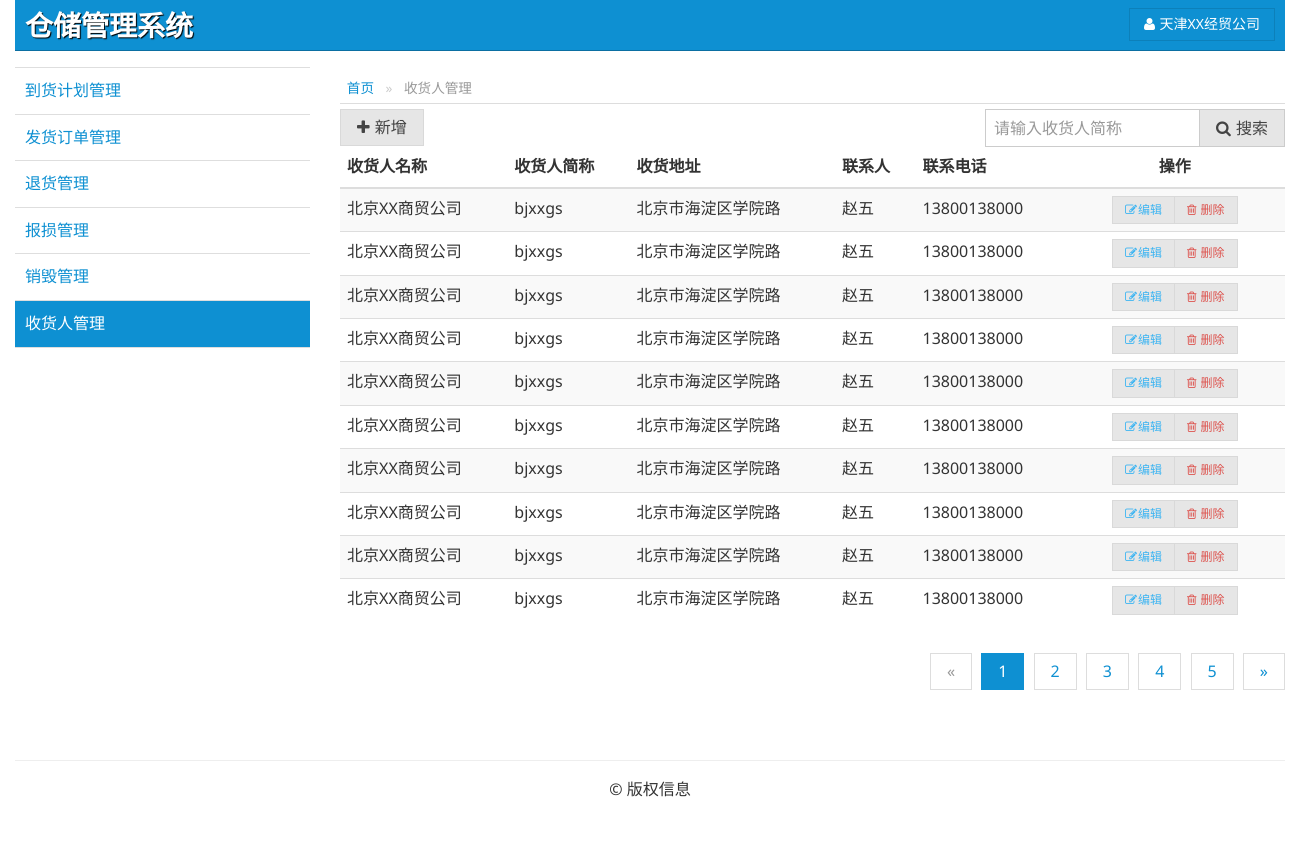
Repository: liuyouth/66
Page: http://localhost/syhz-web/WEB-INF/pages/recipient/list.jsp
The author's editor kept a copy of each file at every save. The page is drawn from the files as they stood at one save, then again after the next save.
The browser window is 1280 px wide. The page is 1300 px wide, so the pictures cover 1300 px, including what lies to the right of the window. The pictures show the whole page.
The page is served by Tomcat 9. Nobody is signed in. Other server files are loaded and not shown. The template is opened directly, without the code that normally fills it, so the values that code supplies are empty.

Above is the page before, as saved 2016-07-04 06:10:05.

### syhz-web/WebContent/WEB-INF/pages/recipient/list.jsp
<%@ page language="java" contentType="text/html; charset=UTF-8" pageEncoding="UTF-8"%>

<%@ include file="/WEB-INF/pages/inc/common.jspf"%>

</head>
<body class="am-container wm-container">

	<!-- header start -->
	<%@ include file="/WEB-INF/pages/inc/header.jsp"%>
	<!-- header end -->

	<div class="am-g">

		<!-- nav start -->
		<%@ include file="/WEB-INF/pages/inc/nav.jsp"%>
		<!-- nav end -->

		<div class="am-u-sm-9">
			<ol class="am-breadcrumb wm-breadcrumb">
				<li><a href="${basePath}/index/view">首页</a></li>
				<li class="am-active">收货人管理</li>
			</ol>
			<hr class="wm-hr">
			<!-- context start -->
			<!-- tool bar start -->
			<div class="am-g">
				<div class="am-u-sm-12">
					<div class="am-btn-group">
						<button type="button" title="新增收货人" class="am-btn am-btn-default" onclick="window.location.href='${basePath}/recipient/add/view'">
							<span class="am-icon-plus"></span> 新增
						</button>
					</div>
					<!-- search start -->
					<div style="float: right;width: 300px;">
						<div class="am-input-group">
							<input type="text" class="am-form-field" placeholder="请输入收货人简称">
							<span class="am-input-group-btn">
								<button type="button" class="am-btn am-btn-default" style="margin-left: -1px">
									<i class="am-icon-search"></i> 搜索
								</button>
							</span>
						</div>
					</div>
					<!-- search end -->
				</div>
			</div>
			<!-- tool bar end -->
			<!-- table start -->
			<table id="showListTable" class="am-table am-table-striped am-table-hover table-main" >
				<thead>
					<tr>
						<th>收货人名称</th>
						<th>收货人简称</th>
						<th>收货地址</th>
						<th>联系人</th>
						<th>联系电话</th>
						<th style="text-align: center;">操作</th>
					</tr>
				</thead>
				<tbody>
					<tr>
						<td>北京XX商贸公司</td>
						<td>bjxxgs</td>
						<td>北京市海淀区学院路</td>
						<td>赵五</td>
						<td>13800138000</td>
						<td>
							<div class="am-u-sm-12" style="text-align: center;">
								<div class="am-btn-group am-btn-group-xs">
									<button title="编辑收货人" class="am-btn am-btn-default am-btn-xs am-text-secondary" onclick="window.location.href='${basePath}/recipient/edit/view'">
										<span class="am-icon-pencil-square-o"></span>编辑
									</button>
									<button title="删除收货人" class="am-btn am-btn-default am-btn-xs am-text-danger">
										<span class="am-icon-trash-o"></span> 删除
									</button>
								</div>
							</div>
						</td>
					</tr>
					<tr>
						<td>北京XX商贸公司</td>
						<td>bjxxgs</td>
						<td>北京市海淀区学院路</td>
						<td>赵五</td>
						<td>13800138000</td>
						<td>
							<div class="am-u-sm-12" style="text-align: center;">
								<div class="am-btn-group am-btn-group-xs">
									<button title="编辑收货人" class="am-btn am-btn-default am-btn-xs am-text-secondary" onclick="window.location.href='${basePath}/recipient/edit/view'">
										<span class="am-icon-pencil-square-o"></span>编辑
									</button>
									<button title="删除收货人" class="am-btn am-btn-default am-btn-xs am-text-danger">
										<span class="am-icon-trash-o"></span> 删除
									</button>
								</div>
							</div>
						</td>
					</tr>
					<tr>
						<td>北京XX商贸公司</td>
						<td>bjxxgs</td>
						<td>北京市海淀区学院路</td>
						<td>赵五</td>
						<td>13800138000</td>
						<td>
							<div class="am-u-sm-12" style="text-align: center;">
								<div class="am-btn-group am-btn-group-xs">
									<button title="编辑收货人" class="am-btn am-btn-default am-btn-xs am-text-secondary" onclick="window.location.href='${basePath}/recipient/edit/view'">
										<span class="am-icon-pencil-square-o"></span>编辑
									</button>
									<button title="删除收货人" class="am-btn am-btn-default am-btn-xs am-text-danger">
										<span class="am-icon-trash-o"></span> 删除
									</button>
								</div>
							</div>
						</td>
					</tr>
					<tr>
						<td>北京XX商贸公司</td>
						<td>bjxxgs</td>
						<td>北京市海淀区学院路</td>
						<td>赵五</td>
						<td>13800138000</td>
						<td>
							<div class="am-u-sm-12" style="text-align: center;">
								<div class="am-btn-group am-btn-group-xs">
									<button title="编辑收货人" class="am-btn am-btn-default am-btn-xs am-text-secondary" onclick="window.location.href='${basePath}/recipient/edit/view'">
										<span class="am-icon-pencil-square-o"></span>编辑
									</button>
									<button title="删除收货人" class="am-btn am-btn-default am-btn-xs am-text-danger">
										<span class="am-icon-trash-o"></span> 删除
									</button>
								</div>
							</div>
						</td>
					</tr>
					<tr>
						<td>北京XX商贸公司</td>
						<td>bjxxgs</td>
						<td>北京市海淀区学院路</td>
						<td>赵五</td>
						<td>13800138000</td>
						<td>
							<div class="am-u-sm-12" style="text-align: center;">
								<div class="am-btn-group am-btn-group-xs">
									<button title="编辑收货人" class="am-btn am-btn-default am-btn-xs am-text-secondary" onclick="window.location.href='${basePath}/recipient/edit/view'">
										<span class="am-icon-pencil-square-o"></span>编辑
									</button>
									<button title="删除收货人" class="am-btn am-btn-default am-btn-xs am-text-danger">
										<span class="am-icon-trash-o"></span> 删除
									</button>
								</div>
							</div>
						</td>
					</tr>
					<tr>
						<td>北京XX商贸公司</td>
						<td>bjxxgs</td>
						<td>北京市海淀区学院路</td>
						<td>赵五</td>
						<td>13800138000</td>
						<td>
							<div class="am-u-sm-12" style="text-align: center;">
								<div class="am-btn-group am-btn-group-xs">
									<button title="编辑收货人" class="am-btn am-btn-default am-btn-xs am-text-secondary" onclick="window.location.href='${basePath}/recipient/edit/view'">
										<span class="am-icon-pencil-square-o"></span>编辑
									</button>
									<button title="删除收货人" class="am-btn am-btn-default am-btn-xs am-text-danger">
										<span class="am-icon-trash-o"></span> 删除
									</button>
								</div>
							</div>
						</td>
					</tr>
					<tr>
						<td>北京XX商贸公司</td>
						<td>bjxxgs</td>
						<td>北京市海淀区学院路</td>
						<td>赵五</td>
						<td>13800138000</td>
						<td>
							<div class="am-u-sm-12" style="text-align: center;">
								<div class="am-btn-group am-btn-group-xs">
									<button title="编辑收货人" class="am-btn am-btn-default am-btn-xs am-text-secondary" onclick="window.location.href='${basePath}/recipient/edit/view'">
										<span class="am-icon-pencil-square-o"></span>编辑
									</button>
									<button title="删除收货人" class="am-btn am-btn-default am-btn-xs am-text-danger">
										<span class="am-icon-trash-o"></span> 删除
									</button>
								</div>
							</div>
						</td>
					</tr>
					<tr>
						<td>北京XX商贸公司</td>
						<td>bjxxgs</td>
						<td>北京市海淀区学院路</td>
						<td>赵五</td>
						<td>13800138000</td>
						<td>
							<div class="am-u-sm-12" style="text-align: center;">
								<div class="am-btn-group am-btn-group-xs">
									<button title="编辑收货人" class="am-btn am-btn-default am-btn-xs am-text-secondary" onclick="window.location.href='${basePath}/recipient/edit/view'">
										<span class="am-icon-pencil-square-o"></span>编辑
									</button>
									<button title="删除收货人" class="am-btn am-btn-default am-btn-xs am-text-danger">
										<span class="am-icon-trash-o"></span> 删除
									</button>
								</div>
							</div>
						</td>
					</tr>
					<tr>
						<td>北京XX商贸公司</td>
						<td>bjxxgs</td>
						<td>北京市海淀区学院路</td>
						<td>赵五</td>
						<td>13800138000</td>
						<td>
							<div class="am-u-sm-12" style="text-align: center;">
								<div class="am-btn-group am-btn-group-xs">
									<button title="编辑收货人" class="am-btn am-btn-default am-btn-xs am-text-secondary" onclick="window.location.href='${basePath}/recipient/edit/view'">
										<span class="am-icon-pencil-square-o"></span>编辑
									</button>
									<button title="删除收货人" class="am-btn am-btn-default am-btn-xs am-text-danger">
										<span class="am-icon-trash-o"></span> 删除
									</button>
								</div>
							</div>
						</td>
					</tr>
					<tr>
						<td>北京XX商贸公司</td>
						<td>bjxxgs</td>
						<td>北京市海淀区学院路</td>
						<td>赵五</td>
						<td>13800138000</td>
						<td>
							<div class="am-u-sm-12" style="text-align: center;">
								<div class="am-btn-group am-btn-group-xs">
									<button title="编辑收货人" class="am-btn am-btn-default am-btn-xs am-text-secondary" onclick="window.location.href='${basePath}/recipient/edit/view'">
										<span class="am-icon-pencil-square-o"></span>编辑
									</button>
									<button title="删除收货人" class="am-btn am-btn-default am-btn-xs am-text-danger">
										<span class="am-icon-trash-o"></span> 删除
									</button>
								</div>
							</div>
						</td>
					</tr>
				</tbody>
			</table>
			<!-- 分页开始 -->
			<div class="am-text-center" style="float: right;">
				<ul class="am-pagination">
					<li class="am-disabled"><a href="#">«</a></li>
					<li class="am-active"><a href="#">1</a></li>
					<li><a href="#">2</a></li>
					<li><a href="#">3</a></li>
					<li><a href="#">4</a></li>
					<li><a href="#">5</a></li>
					<li><a href="#">»</a></li>
				</ul>
			</div>
			<!-- 分页结束 -->
			<!-- table end -->
			<!-- context end -->
		</div>
	</div>

	<!-- modal start -->
	<%@ include file="/WEB-INF/pages/inc/modal.jsp"%>
	<!-- modal end -->

	<!-- footer start -->
	<%@ include file="/WEB-INF/pages/inc/footer.jsp"%>
	<!-- footer end -->

	<script type="text/javascript" src="${basePath }/js/app/recipient/list.js"></script>
</body>
</html>

### syhz-web/WebContent/WEB-INF/pages/inc/common.jspf
<%@ page language="java" pageEncoding="utf-8"%>
<%
	String basePath = request.getContextPath();
	request.setAttribute("basePath", basePath);
%>
<!DOCTYPE html>
<html class="no-js">
<head>
	<meta charset="utf-8">
	<meta http-equiv="X-UA-Compatible" content="IE=edge">
	<meta name="description" content="">
	<meta name="keywords" content="">
	<!--<meta name="viewport" content="width=device-width, initial-scale=1.0, minimum-scale=1.0, maximum-scale=1.0, user-scalable=no">-->
	<title>仓储管理系统</title>
	<!-- Set render engine for 360 browser -->
	<meta name="renderer" content="webkit">
	<!-- No Baidu Siteapp-->
	<meta http-equiv="Cache-Control" content="no-siteapp"/>

	<link rel="stylesheet" href="${basePath }/js/lib/amaze/css/amazeui.min.css">
	<link rel="stylesheet" href="${basePath }/js/lib/amaze/css/app.css">

	<!-- datatables-master -->
	<link rel="stylesheet" href="${basePath }/js/lib/datatables-master/amazeui.datatables.min.css">

	<link rel="stylesheet" href="${basePath }/css/common.css">

	<script type="text/javascript" src="${basePath }/js/lib/jquery/jquery-1.10.0.js"></script>

	<!--[if (gte IE 9)|!(IE)]><!-->
	<script type="text/javascript" src="${basePath }/js/lib/amaze/js/jquery.min.js"></script>
	<!--<![endif]-->
	<!--[if lte IE 8 ]>
	<script type="text/javascript" src="http://cdn.staticfile.org/modernizr/2.8.3/modernizr.js"></script>
	<script type="text/javascript" src="${basePath }/js/lib/amaze/js/amazeui.ie8polyfill.min.js"></script>
	<![endif]-->
	<script type="text/javascript" src="${basePath }/js/lib/amaze/js/amazeui.min.js"></script>

	<!-- My97DatePicker -->
	<script type="text/javascript" src="${basePath }/js/lib/My97DatePicker/WdatePicker.js"></script>

	<!-- datatables-master -->
	<script type="text/javascript" src="${basePath }/js/lib/datatables-master/amazeui.datatables.min.js"></script>

	<!-- jquery form -->
	<script type="text/javascript" src="${basePath }/js/lib/jquery/jquery.form.js"></script>

	<!-- Validform -->
	<script type="text/javascript" src="${basePath }/js/lib/Validform/Validform_v5.3.2.js"></script>
	<script type="text/javascript" src="${basePath }/js/lib/Validform/Validform_Datatype.js"></script>

	<script>
	$.ajaxSetup ({
		cache: false //close AJAX cache
	});
	var basePath = "${basePath}";
	</script>

### syhz-web/WebContent/WEB-INF/pages/inc/header.jsp
<%@ page language="java" contentType="text/html; charset=UTF-8" pageEncoding="UTF-8"%>

<header id="hearderAnchor" class="am-topbar am-topbar-inverse">
	<h1 class="am-topbar-brand" style="color: #fff;">
		<strong style="cursor: pointer;font-size: 28px;text-shadow: 1px 1px 1px #000;">仓储管理系统</strong>
	</h1>
	<div class="am-fr" style="margin-right: 10px;">
		<div class="am-btn-group">
			<div class="am-dropdown" data-am-dropdown>
				<button class="am-btn am-btn-primary am-topbar-btn am-btn-sm am-dropdown-toggle" data-am-dropdown-toggle>
					<span class="am-icon-user"></span> 天津XX经贸公司
				</button>
				<ul class="am-dropdown-content">
					<li>
						<a href="javascript:showEditPasswordModal();">修改密码</a>
					</li>
					<li class="am-divider"></li>
					<li>
						<a href="${basePath}/login/view" >
							<span class="am-icon-power-off"></span> 退出
						</a>
					</li>
				</ul>
			</div>
		</div>
	</div>
</header>

<!-- edit password modal start -->
<div class="am-modal am-modal-prompt" tabindex="-1" id="headerEditPasswordModal">
	<div class="am-modal-dialog">
		<div class="am-modal-hd">修改密码</div>
		<div class="am-modal-bd wm-modal-bd">
			<form id="headerEditPasswordForm" class="am-form am-form-horizontal">
				<div class="am-form-group">
					<label class="am-u-sm-3 am-form-label">
						旧密码<span class="am-text-danger">&nbsp;*</span>
					</label>
					<div class="am-u-sm-9">
						<input type="text" placeholder="请输入旧密码">
					</div>
				</div>
				<div class="am-form-group">
					<label class="am-u-sm-3 am-form-label">
						新密码<span class="am-text-danger">&nbsp;*</span>
					</label>
					<div class="am-u-sm-9">
						<input type="text" placeholder="请输入新密码">
					</div>
				</div>
				<div class="am-form-group">
					<label class="am-u-sm-3 am-form-label">
						密码确认<span class="am-text-danger">&nbsp;*</span>
					</label>
					<div class="am-u-sm-9">
						<input type="text" placeholder="请再次输入新密码">
					</div>
				</div>
			</form>
		</div>
		<div class="am-modal-footer">
			<span class="am-modal-btn wm-modal-cancel-btn" data-am-modal-cancel>取消</span>
			<span class="wm-modal-btn" onclick="javascript:void(0);">确定</span>
		</div>
	</div>
</div>
<!-- edit password modal end -->

<script type="text/javascript" src="${basePath }/js/app/inc/header.js"></script>

### syhz-web/WebContent/WEB-INF/pages/inc/nav.jsp
<%@ page language="java" contentType="text/html; charset=UTF-8" pageEncoding="UTF-8"%>

<div class="am-u-sm-3">
	<ul class="am-list admin-sidebar-list" id="wm-nav">

		<li id="nav-1">
			<a href="javascript:void(0);" onclick="javascript:jumpTo('arrival_plan/list');">
				<span class="am-margin-left-sm">到货计划管理</span>
			</a>
		</li>

		<li id="nav-2">
			<a href="javascript:void(0);" onclick="javascript:jumpTo('deliver_order/list');">
				<span class="am-margin-left-sm">发货订单管理</span>
			</a>
		</li>

		<li id="nav-3">
			<a href="javascript:void(0);" onclick="javascript:jumpTo('return_goods/list');">
				<span class="am-margin-left-sm">退货管理</span>
			</a>
		</li>

		<li id="nav-4">
			<a href="javascript:void(0);" onclick="javascript:jumpTo('damage/list');">
				<span class="am-margin-left-sm">报损管理</span>
			</a>
		</li>

		<li id="nav-5">
			<a href="javascript:void(0);" onclick="javascript:jumpTo('destroy/list');">
				<span class="am-margin-left-sm">销毁管理</span>
			</a>
		</li>

		<li id="nav-6">
			<a href="javascript:void(0);" onclick="javascript:jumpTo('recipient/list');">
				<span class="am-margin-left-sm">收货人管理</span>
			</a>
		</li>

	</ul>
</div>

<script type="text/javascript" src="${basePath }/js/app/inc/nav.js"></script>

### syhz-web/WebContent/WEB-INF/pages/inc/modal.jsp
<%@ page language="java" contentType="text/html; charset=UTF-8" pageEncoding="UTF-8"%>

<div class="am-modal am-modal-alert" tabindex="-1" id="wm-alert">
	<div class="am-modal-dialog">
		<div class="am-modal-hd">
			系统消息
		</div>
		<div class="am-modal-bd">
			<span id="wm-alert-modal-show-msg-span"></span>
		</div>
		<div class="am-modal-footer">
			<span class="am-modal-btn">确定</span>
		</div>
	</div>
</div>

<div class="am-modal am-modal-confirm" tabindex="-1" id="wm-confirm">
	<div class="am-modal-dialog">
		<div class="am-modal-hd">
			系统消息
		</div>
		<div class="am-modal-bd">
			<span id="wm-confirm-modal-show-msg-span"></span>
		</div>
		<div class="am-modal-footer">
			<span class="am-modal-btn wm-modal-cancel-btn" data-am-modal-cancel>取消</span>
			<span class="am-modal-btn" data-am-modal-confirm>确定</span>
		</div>
	</div>
</div>

<div class="am-modal am-modal-loading am-modal-no-btn" tabindex="-1" id="wm-modal-loading">
	<div class="am-modal-dialog">
		<div class="am-modal-hd">处理中，请稍后...</div>
		<div class="am-modal-bd">
			<span class="am-icon-spinner am-icon-spin"></span>
		</div>
	</div>
</div>

<script type="text/javascript" src="${basePath }/js/app/inc/modal.js"></script>

### syhz-web/WebContent/WEB-INF/pages/inc/footer.jsp
<%@ page language="java" contentType="text/html; charset=UTF-8" pageEncoding="UTF-8"%>

<div class="footer" style="height: 100px;margin-top: 50px;">
	<hr>
	<div class="am-g">
		<div class="am-u-sm-6 am-u-sm-centered" style="text-align:center;">
			<p>© 版权信息</p>
		</div>
	</div>
</div>

### syhz-web/WebContent/js/app/recipient/list.js
$(function() {
	// 切换导航状态
	toggleNav(6, 0, 0);

	//searchTableData();
});
function searchTableData(){
	 $ShowListTable = $('#showListTable').DataTable({
       "pageLength": 10,
       "lengthChange": false,
       "pagingType": "full_numbers",
       "searching": false,
       "ordering":  false,
       "processing": true,
       "serverSide": true,
       "ajax": {
           url: "${basePath}/getData",
           type: "POST",
           data:{},

       },
       "columns": [
	            {
	                "data": "a",
	                width:"5%",
	                "render":function ( data, type, row, meta ) {
	                    return '<input type="checkbox" class="ckClassFlg" name="aIdChk" value="'+data+'"/>';
	                }
	            },
           {
               "data": "b",
               "render":function ( data, type, row, meta ) {
               	return '<span>' + data + "</span>";
               }
           },
           {
               "data": "c",
              	"render":function ( data, type, row, meta ) {
              		return '<span >' + data + "</span>";
               }
           },
           {
               "data": "d",
              	"render":function ( data, type, row, meta ) {
              		return '<span>' + data + "</span></td>";
               }
           },
           {
               "data": "e",
              	"render":function ( data, type, row, meta ) {
              		return '<span>' + data + "</span>";
               }
           },
           {
               "data": "f",
              	"render":function ( data, type, row, meta ) {
              		return '<span>' + data + "</span>";
               }
           },
           {
               "data": "g",
              	"render":function ( data, type, row, meta ) {
              		return '<span>' + data + "</span>";
               }
           },
           {
               "data": "h",
              	"render":function ( data, type, row, meta ) {
              		return '<span>' + data + "</span>";
               }
           },
           {
               "data": "i",
              	"render":function ( data, type, row, meta ) {
              		return '<span>' + data + "</span>";
               }
           },
           {
           	"data": "a",
               "width":"12%",
              	"render":function ( data, type, row, meta ) {
              		return '<div class="am-btn-toolbar">'
              		+'<div class="am-btn-group am-btn-group-xs">'
              		+'<button class="am-btn am-btn-default am-btn-xs am-text-secondary" onclick="location.href=\'${basePath}/enterprise/goods_record_edit/view?goodsId='+data+'\'">'
              		+'<span class="am-icon-pencil-square-o"></span></button>'
              		+'<button class="am-btn am-btn-default am-btn-xs am-text-danger am-hide-sm-only" onclick="del('+data+')">'
              		+'<span class="am-icon-trash-o"></span></button>'
              		+'</div></div>';
               }
           }
       ]
   });
}

### syhz-web/WebContent/js/lib/My97DatePicker/skin/WdatePicker.css
.Wdate {
	border: #999 1px solid;
	height: 20px;
	background: #fff url(datePicker.gif) no-repeat right;
}

.wm-Wdate {
	background: #fff url(datePicker.gif) no-repeat right !important;
}

.WdateFmtErr {
	font-weight: bold;
	color: red;
}

Loaded but not shown: syhz-web/WebContent/js/lib/amaze/css/amazeui.min.css (library); syhz-web/WebContent/js/lib/amaze/css/app.css (common file); syhz-web/WebContent/js/lib/datatables-master/amazeui.datatables.min.css (library); syhz-web/WebContent/js/lib/jquery/jquery-1.10.0.js (library); syhz-web/WebContent/js/lib/amaze/js/jquery.min.js (library); syhz-web/WebContent/js/lib/amaze/js/amazeui.min.js (library); syhz-web/WebContent/js/lib/My97DatePicker/WdatePicker.js (library); syhz-web/WebContent/js/lib/datatables-master/amazeui.datatables.min.js (library); syhz-web/WebContent/js/lib/Validform/Validform_v5.3.2.js (library); syhz-web/WebContent/js/lib/Validform/Validform_Datatype.js (library); syhz-web/WebContent/js/app/inc/modal.js (35 lines, source omitted); syhz-web/WebContent/js/app/inc/nav.js (17 lines, source omitted); syhz-web/WebContent/js/app/inc/header.js (4 lines, source omitted); syhz-web/WebContent/css/common.css (305 lines, source omitted); syhz-web/WebContent/js/lib/jquery/jquery.form.js (no copy from this time; the picture is the same without it)

After the next save:
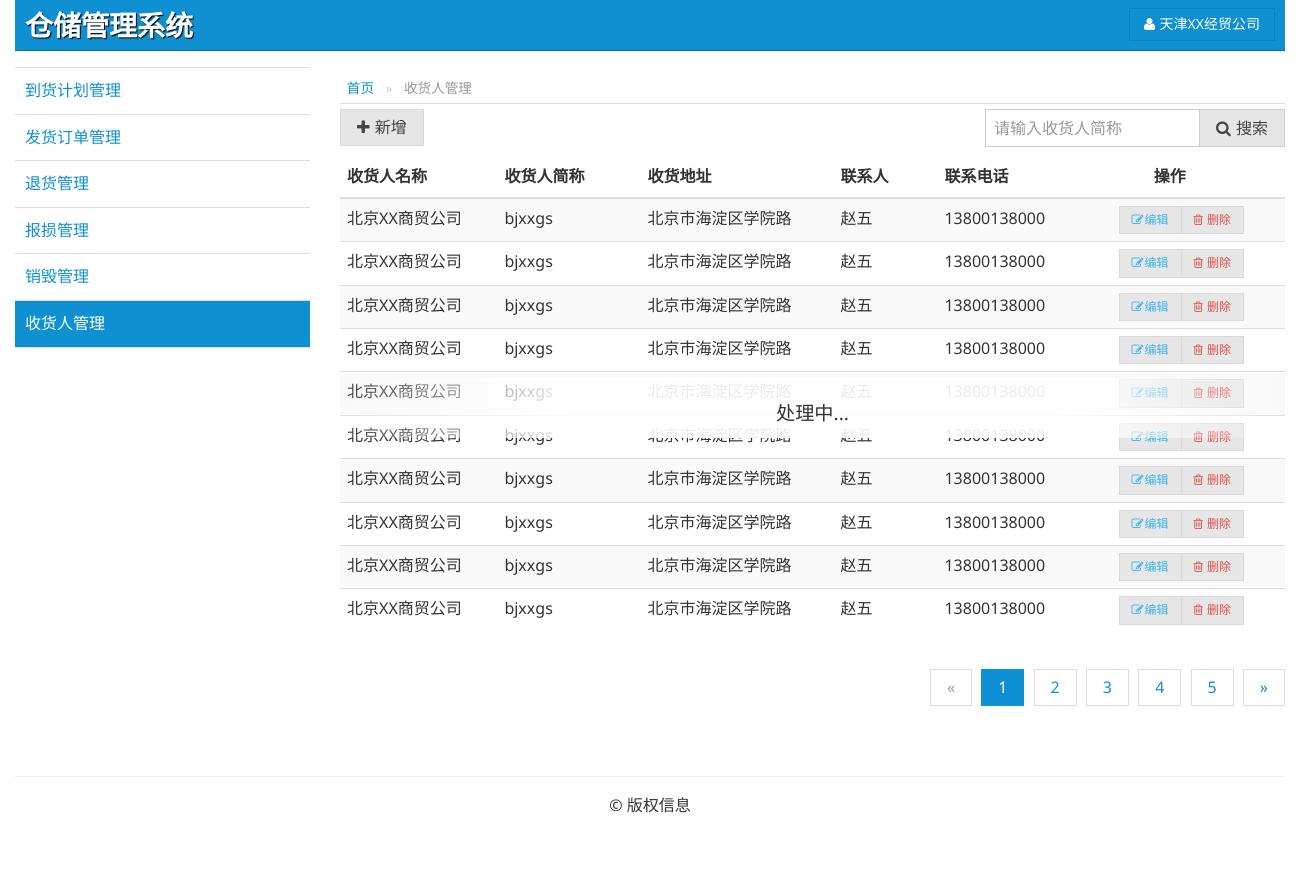
Console error: TypeError: Cannot read properties of undefined (reading 'style')
Saved 99 s later.
--- a/syhz-web/WebContent/js/app/recipient/list.js
+++ b/syhz-web/WebContent/js/app/recipient/list.js
@@ -1,8 +1,8 @@
+var $ShowListTable;
 $(function() {
 	// 切换导航状态
 	toggleNav(6, 0, 0);
-
-	//searchTableData();
+	searchTableData();
 });
 function searchTableData(){
 	 $ShowListTable = $('#showListTable').DataTable({
